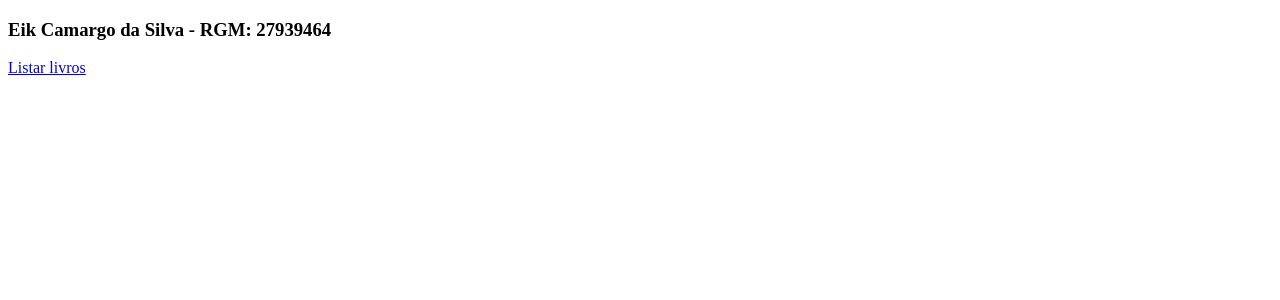
Repository: EikDEV/Atividade-Cliente-Servidor
Page: crudjspjava/src/main/webapp/inicio.html
The author's editor kept a copy of each file at every save. The page is drawn from the files as they stood at one save, then again after the next save.
The browser window is 1280 px wide. The pictures show the whole page.

Above is the page before, as saved 2022-11-03 22:14:50.

After the next save:
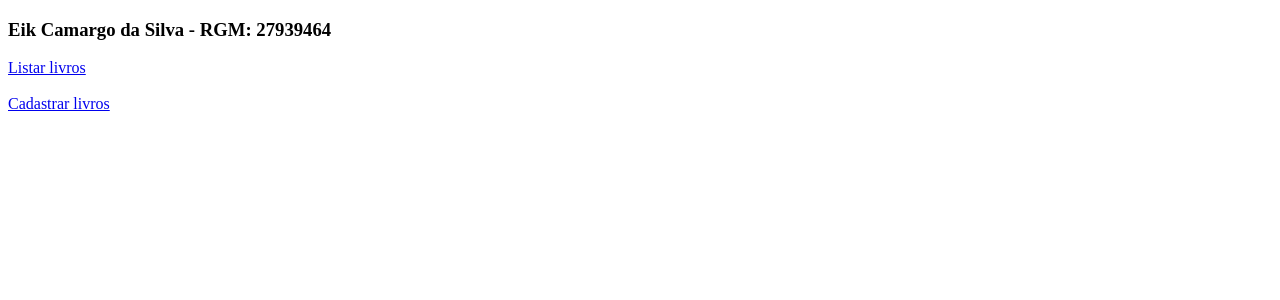
Saved 16 h 48 min later.
--- a/crudjspjava/src/main/webapp/inicio.html
+++ b/crudjspjava/src/main/webapp/inicio.html
@@ -7,5 +7,8 @@
 <body>
 	<h3>Eik Camargo da Silva - RGM: 27939464</h3>
 	<a href="viewlivros.jsp">Listar livros</a>
+	<br>
+	<br>
+	<a href="viewlivros.jsp">Cadastrar livros</a>
 </body>
 </html>
